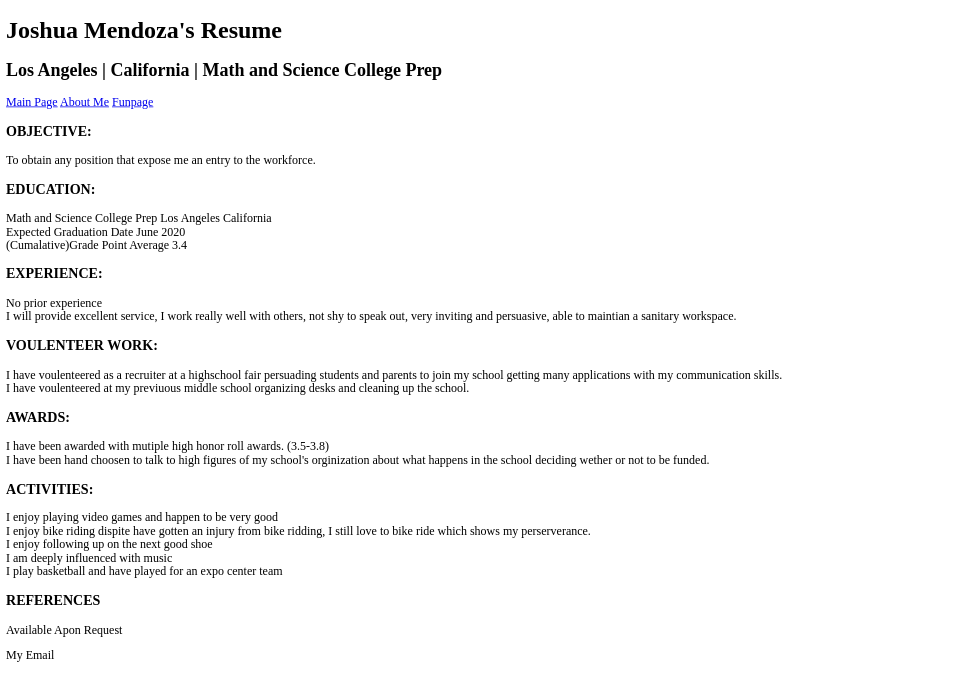
Repository: jjoshuaa0312/jjoshuaa0312.github.io
Page: resume.html
The author's editor kept a record of every edit. The page is drawn from the files as they stood at one moment, then again after the next edit.
The browser window is 1280 px wide. The pictures show the whole page, at 75% of full size.

Above is the page before.
Not found: mywebsite.css

After the next edit:
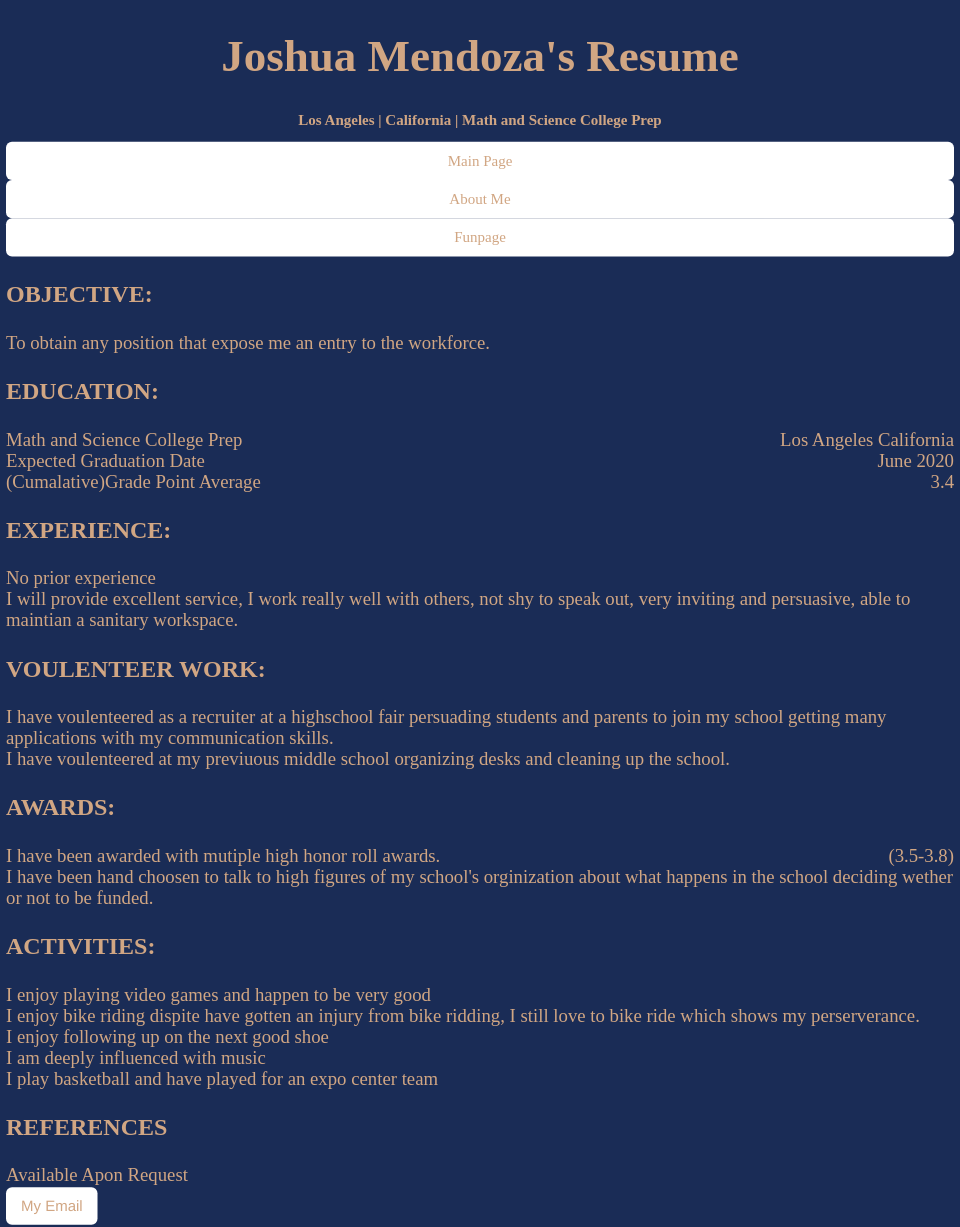
The edit:
--- a/resume.html
+++ b/resume.html
@@ -1,5 +1,5 @@
 <!DOCTYPE html>
- <link href="mywebsite.css" type="text/css" rel="stylesheet">
+ <link href="index.css" type="text/css" rel="stylesheet">
 <head>
 <h1>Joshua Mendoza's Resume</h1>
 <h2>Los Angeles | California | Math and Science College Prep</h2>
